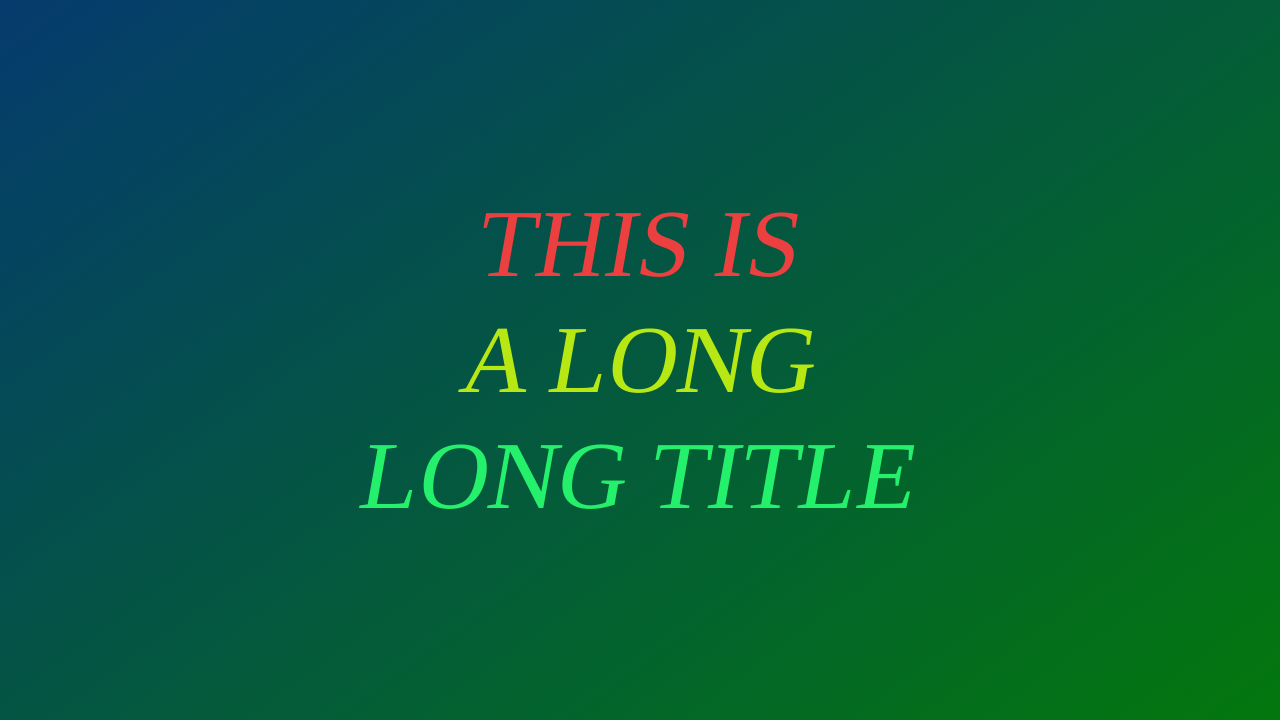
Repository: zuuo/--
Page: 文字入场动画1/index.html
These files come from the project's save history. The page is drawn as it stood at one moment and after the next save; the edit follows.
The browser window is 1280 px wide. The pictures show the whole page.
The style sheet was rebuilt from its Sass, Less or Tailwind sources for each picture, by a compiler version that may differ from the author's.

Above is the page before, as saved 2024-03-03 21:02:01.

### 文字入场动画1/index.html
<!DOCTYPE html>
<html lang="en">

<head>
    <meta charset="UTF-8">
    <meta name="viewport" content="width=device-width, initial-scale=1.0">
    <title>文字入场动画1</title>
    <link rel="stylesheet" href="./style.css">
</head>

<body>
    <div class="title">
        <p>THIS IS</p>
        <p>A LONG</p>
        <p>LONG TITLE</p>
    </div>
</body>
<script src="index.js"></script>

</html>

### 文字入场动画1/style.less
body {
    padding: 0;
    margin: 0;
    background-image: linear-gradient(-36deg, #03770d, #053b6e);
}

.title {
    width: 100vw;
    height: 100vh;
    display: flex;
    justify-content: center;
    align-items: center;
    flex-direction: column;
    font-size: 96px;

    p {
        line-height: 1;
        margin: 10px 0;
        transform: skew(-10deg);

        &:nth-child(1) {
            color: #ec3f3f;
        }

        &:nth-child(2) {
            color: #b7e814;
        }

        &:nth-child(3) {
            color: #25f06c;
        }
    }
}

Loaded but not shown: 文字入场动画1/index.js (no stored copy; drawn as an empty file)

After the next save:
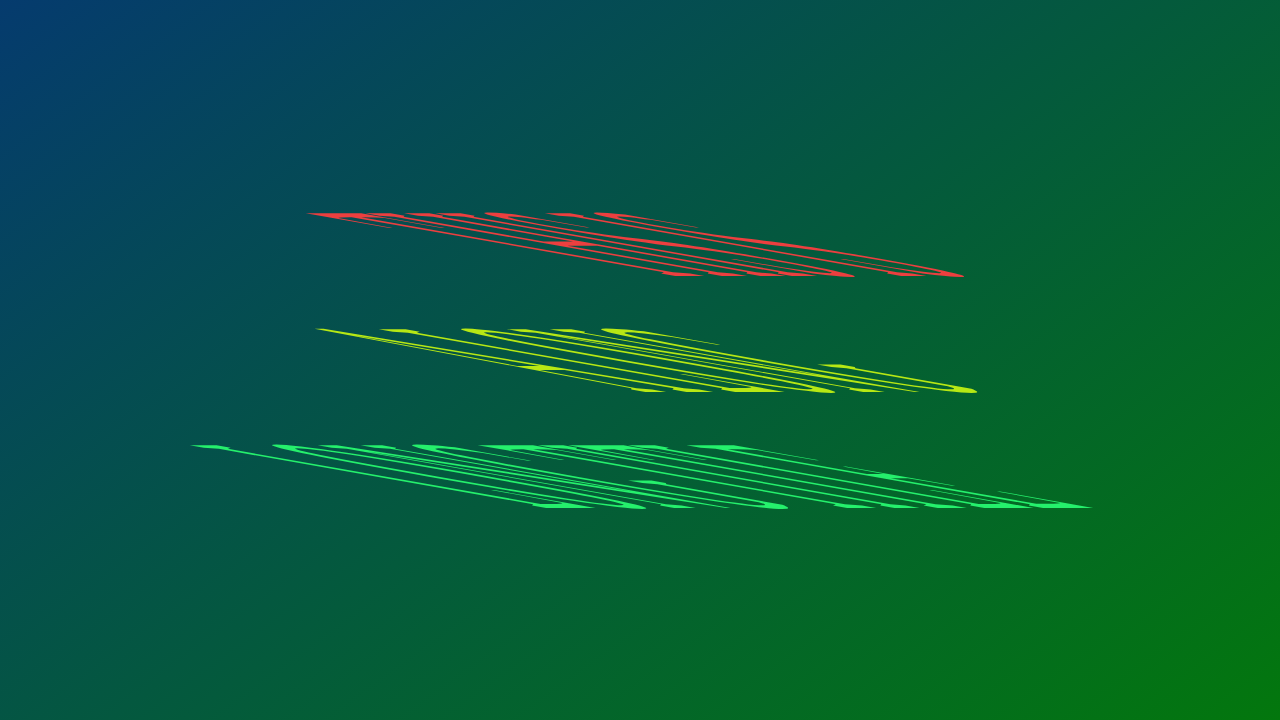
Saved 5 s later.
--- a/文字入场动画1/style.less
+++ b/文字入场动画1/style.less
@@ -16,7 +16,7 @@ body {
     p {
         line-height: 1;
         margin: 10px 0;
-        transform: skew(-10deg);
+        transform: skew(-100deg);
 
         &:nth-child(1) {
             color: #ec3f3f;
